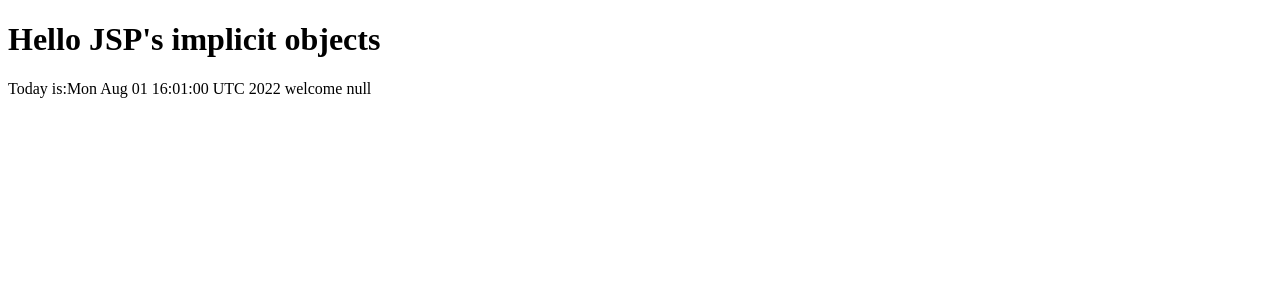
Repository: HashmiAalam/ServletBasicsByAlam
Page: http://localhost/com.dss.pagecontext/second.jsp
These files come from the project's save history. The page is drawn as it stood at one moment and after the next save; the edit follows.
The browser window is 1280 px wide. The pictures show the whole page.
The page is served by Tomcat 9. Other server files are loaded and not shown.

Above is the page before, as saved 2022-10-14 11:57:45.

### com.dss.pagecontext/src/main/webapp/second.jsp
<%@ page language="java" contentType="text/html; charset=ISO-8859-1"
    pageEncoding="ISO-8859-1"%>
<!DOCTYPE html>
<html>
<head>
<meta charset="ISO-8859-1">
<title>Insert title here</title>
</head>
<body>
<h1>Hello JSP's implicit objects</h1>
<% out.print("Today is:"+java.util.Calendar.getInstance().getTime()); %>
<%
String name=request.getParameter("uname");
out.print("welcome "+name);
%>
</body>
</html>

After the next save:
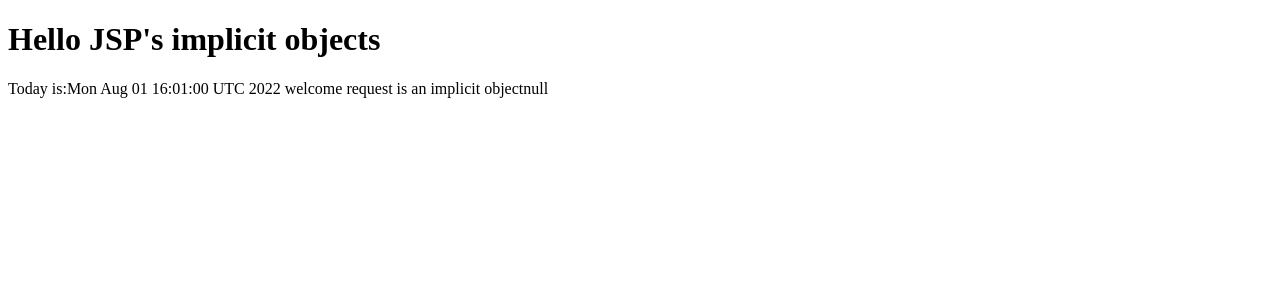
Saved 42 s later.
--- a/com.dss.pagecontext/src/main/webapp/second.jsp
+++ b/com.dss.pagecontext/src/main/webapp/second.jsp
@@ -11,7 +11,7 @@
 <% out.print("Today is:"+java.util.Calendar.getInstance().getTime()); %>
 <%
 String name=request.getParameter("uname");
-out.print("welcome "+name);
+out.print("welcome request is an implicit object"+name);
 %>
 </body>
 </html>
